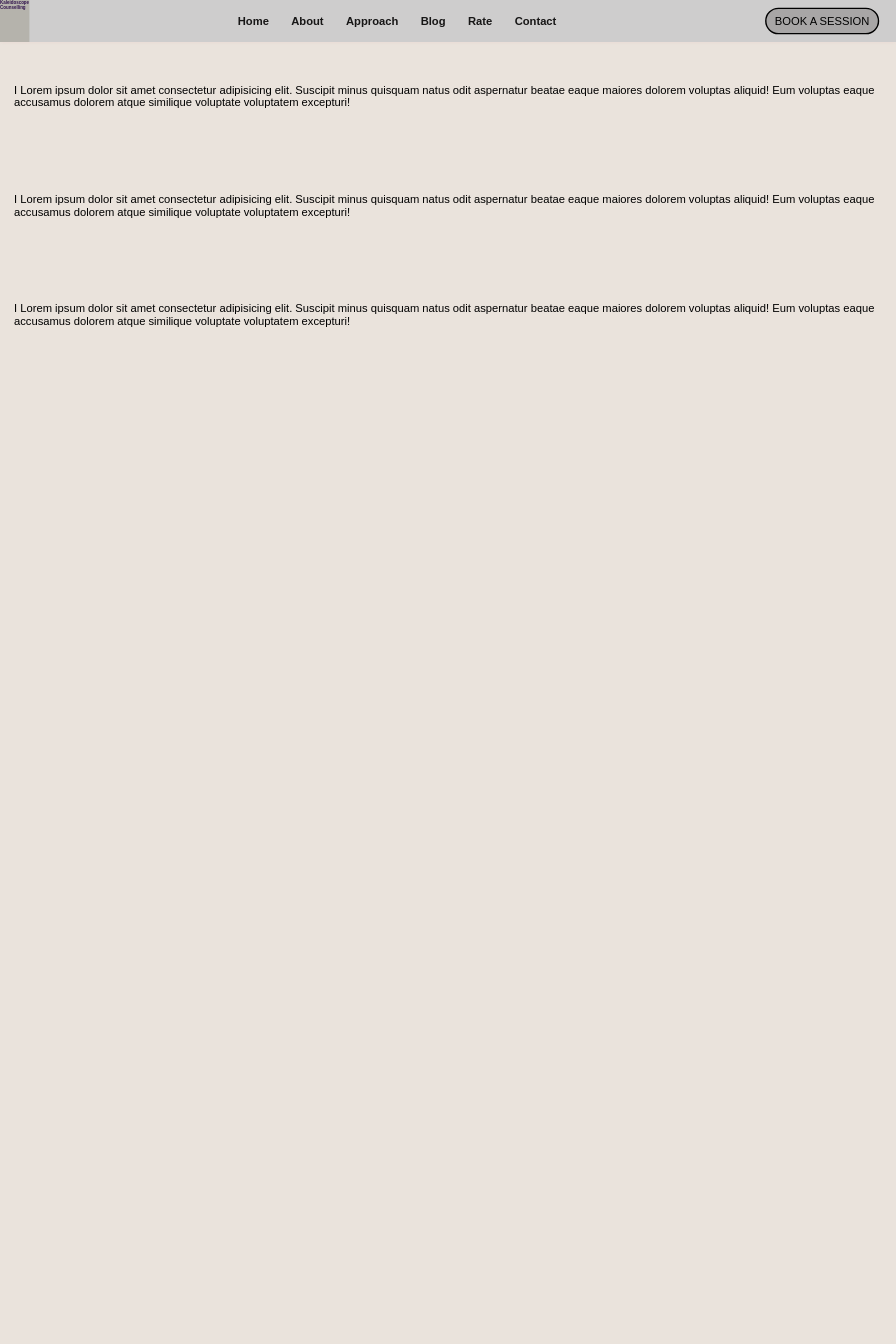
Repository: voutadi/Project1
Page: index.html
The author's editor kept a copy of each file at every save. The page is drawn from the files as they stood at one save, then again after a run of saves.
The browser window is 1280 px wide. The pictures show the part of the page from y = 0 to 1920 px (the page is 3120 px tall), at 70% of full size.

Above is the page before, as saved 2024-07-08 22:33:43.

After the next 5 saves:
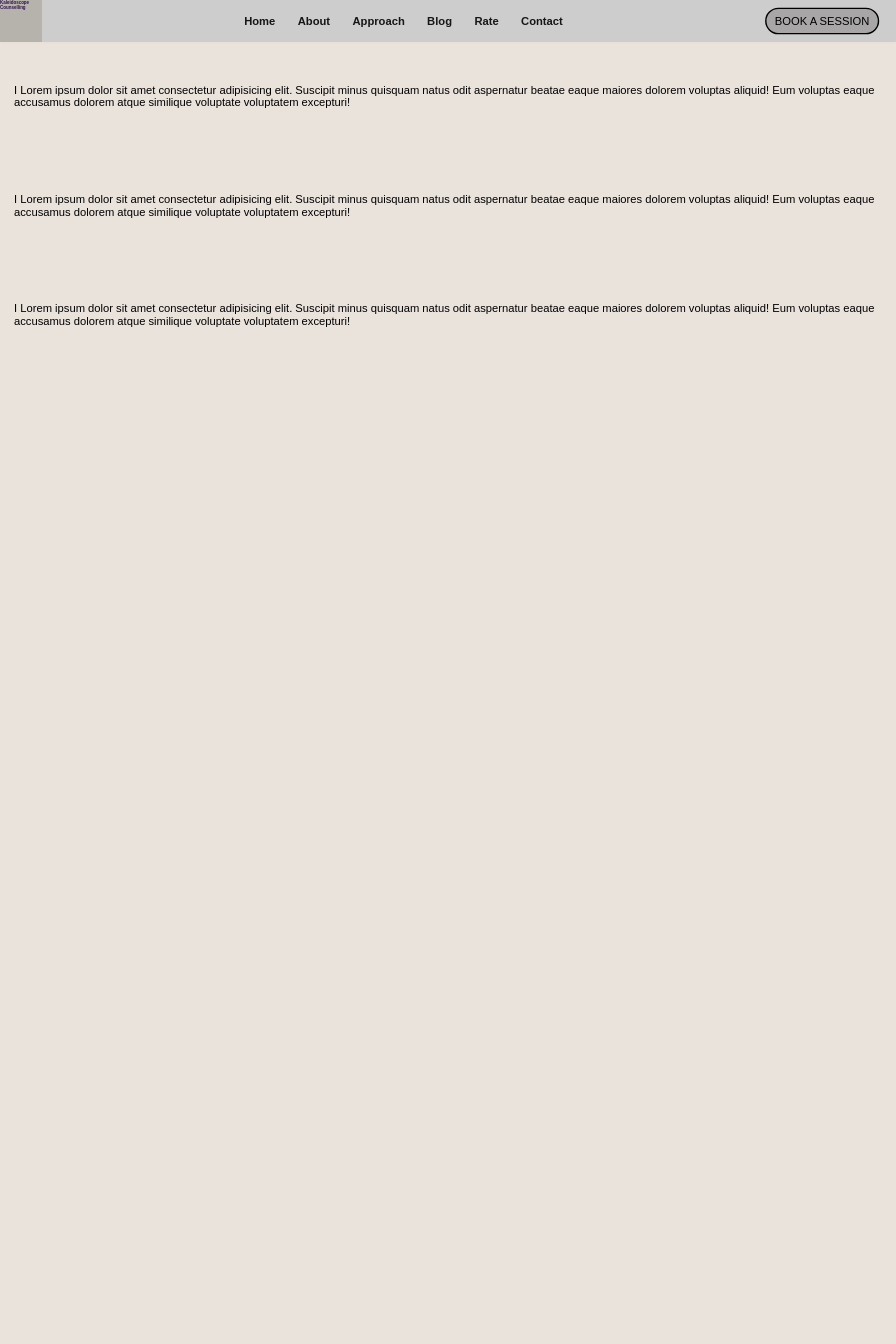
The 5 saves are shown as one change because they came seconds apart.
The last was saved 55 s later.
--- a/styles/style.css
+++ b/styles/style.css
@@ -24,7 +24,7 @@ header {
   box-shadow: 0 2px 4px rgba(243, 172, 172, 0.15); /* Adds a subtle shadow for depth, optional */
 }
 .logo-container {
-  max-width: 100%; /* Put condition for smaller or biger divice*/
+  width: 60px;; /* Put condition for smaller or biger divice*/
   background-color: rgb(181, 179, 172);
   height: 60px;
 }
